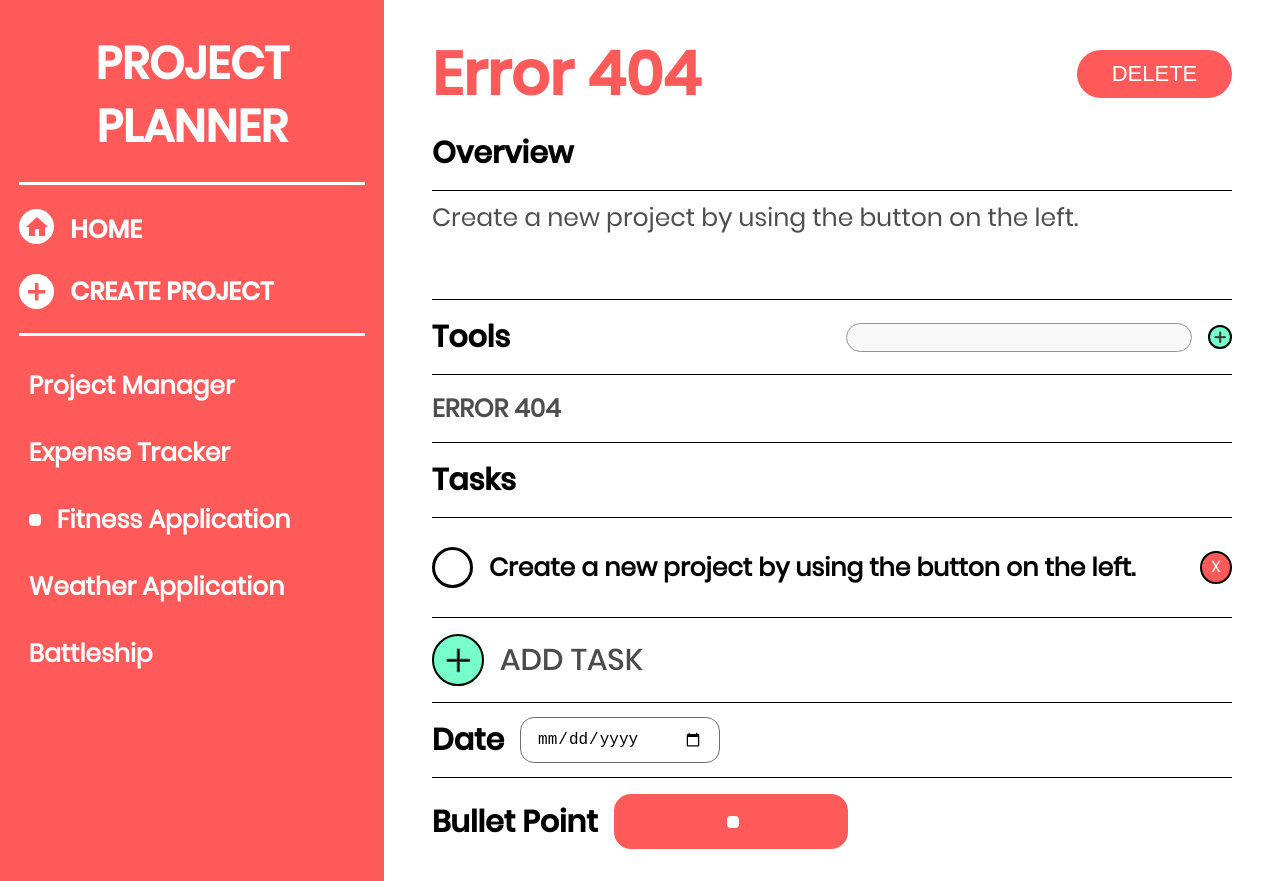
Repository: AzharMoosa/project-manager
Page: /project
These files come from the project's save history. The page is drawn as it stood at one moment and after the next save; the edit follows.
The browser window is 1280 px wide. The pictures show the whole page.
The project was rebuilt for these pictures with package versions that can differ from the ones it lists, and the page was loaded fresh each time. Also part of the build but not shown: src/components/home/ProgressBar.js, src/components/home/ProjectProgress.js, src/components/home/Home.js.

Above is the page before, as saved 2020-06-25 14:08:57.

After the next save:
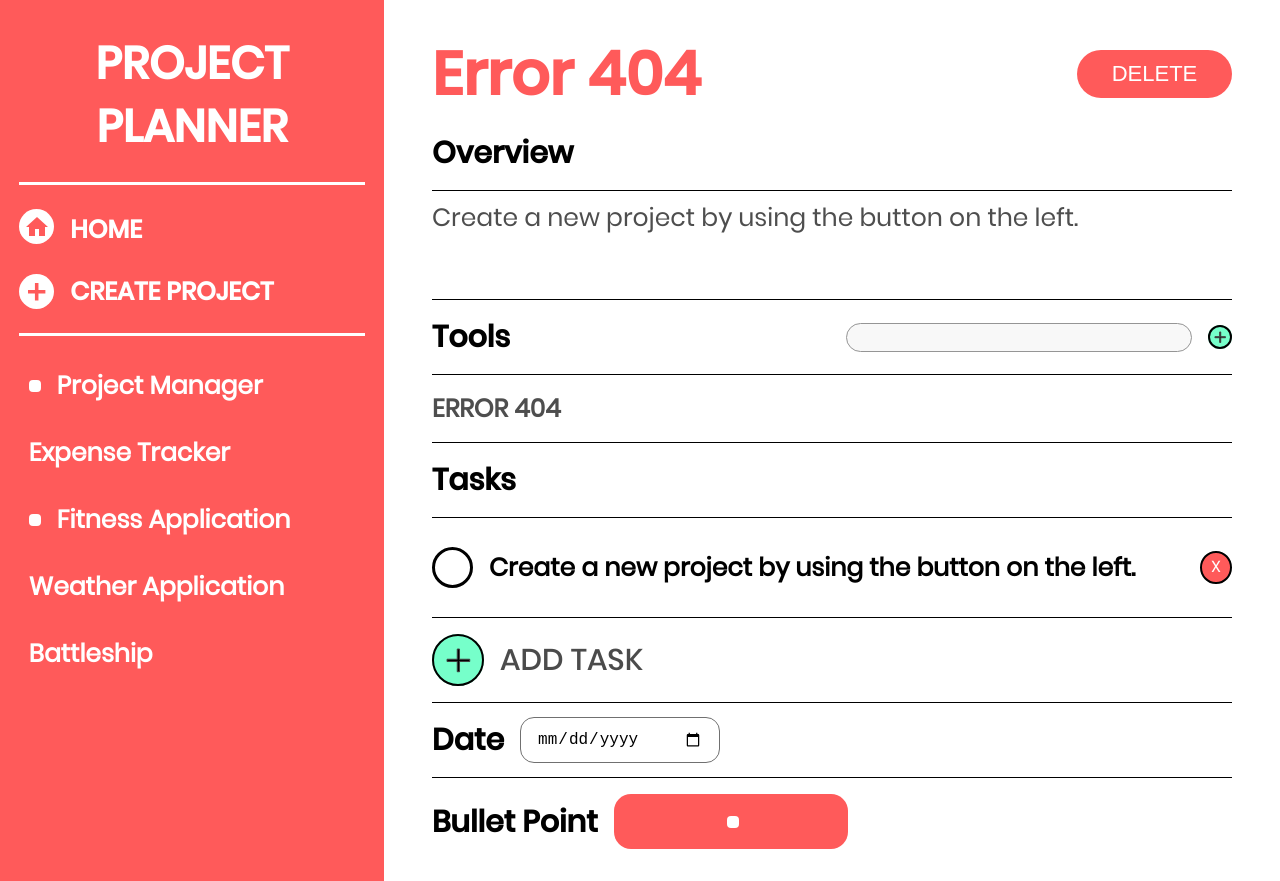
Saved 14 s later.
--- a/src/ProjectContext.js
+++ b/src/ProjectContext.js
@@ -19,7 +19,7 @@ export const ProjectProvider = (props) => {
         { task: "Clean And Simple Design", complete: true, id: 6 },
         { task: "Use REACT", complete: false, id: 7 },
       ],
-      color: "blue",
+      color: "white",
       date: "2020-06-26",
       id: 28392,
     },

After the save that followed:
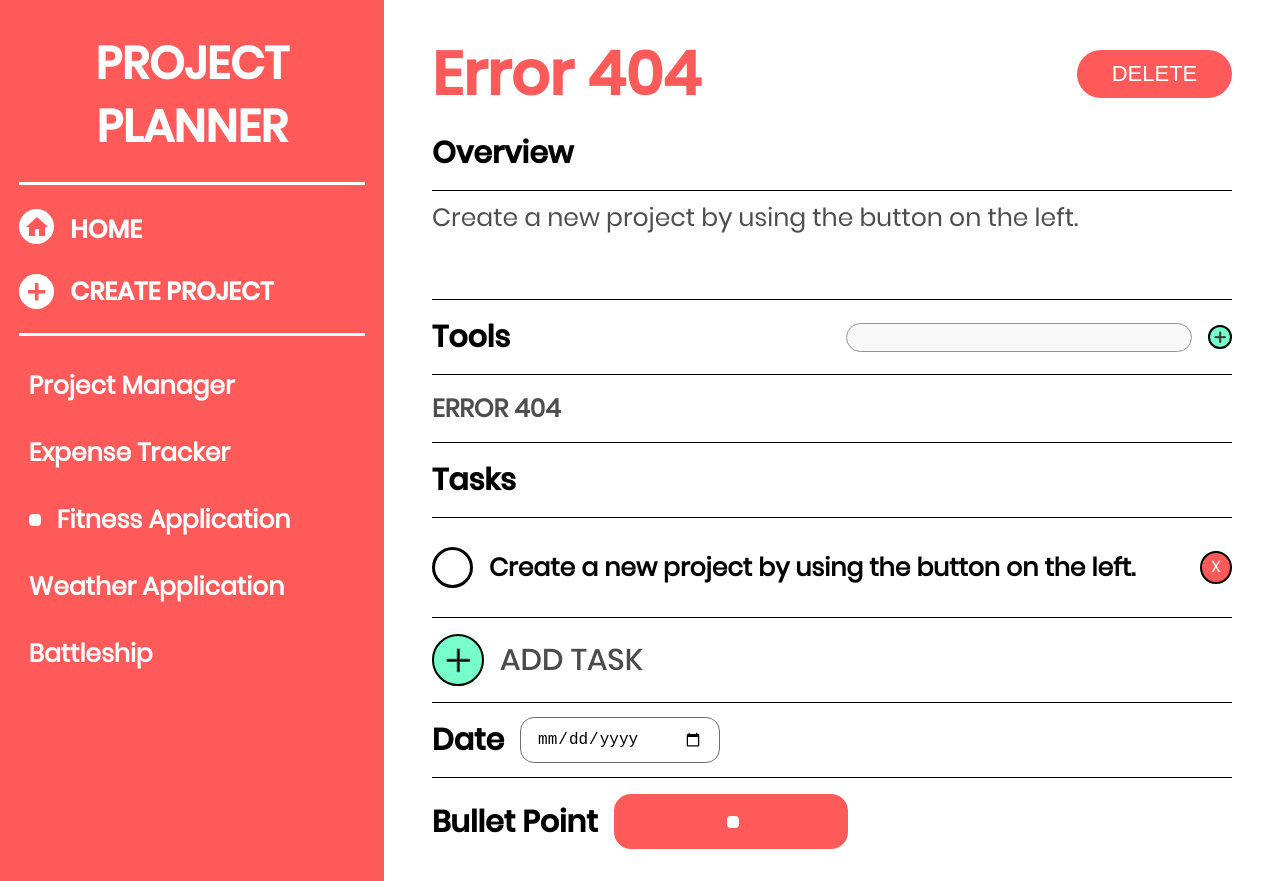
Saved 7 s later.
--- a/src/ProjectContext.js
+++ b/src/ProjectContext.js
@@ -19,7 +19,6 @@ export const ProjectProvider = (props) => {
         { task: "Clean And Simple Design", complete: true, id: 6 },
         { task: "Use REACT", complete: false, id: 7 },
       ],
-      color: "white",
       date: "2020-06-26",
       id: 28392,
     },
